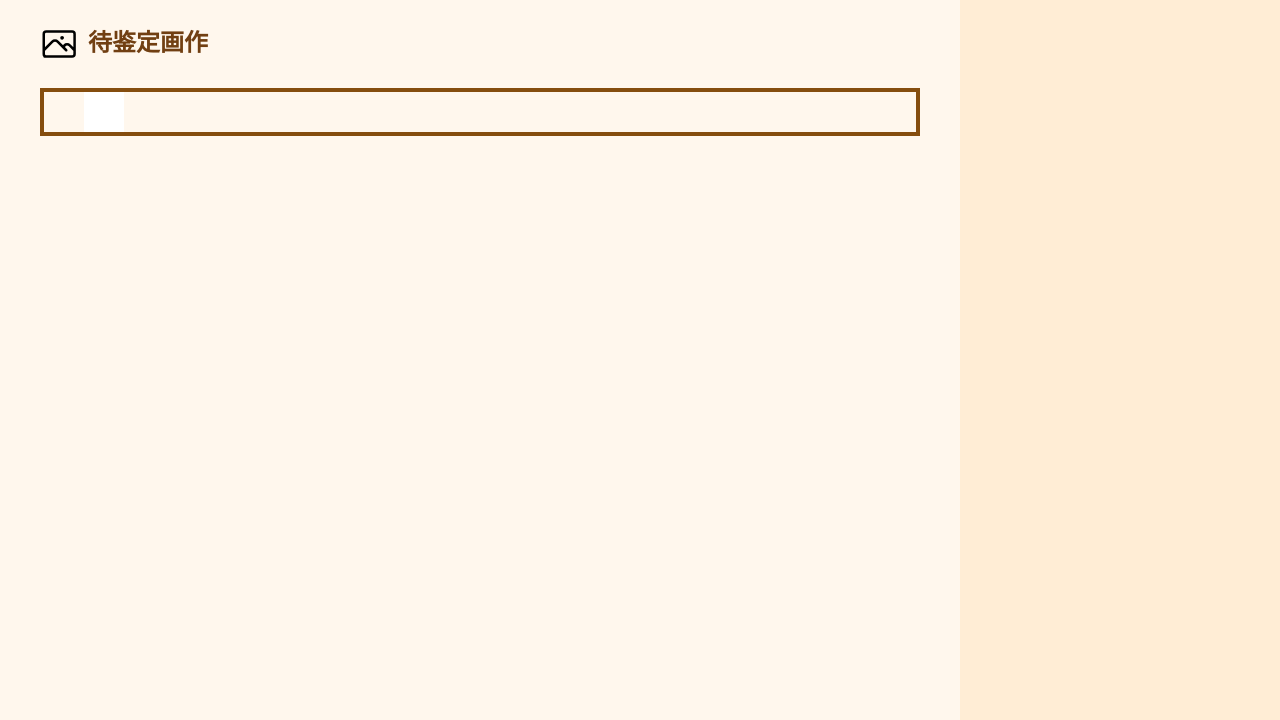
Repository: gaosth/Eyesee
Page: /dtail
An editor plug-in stored every save of this project. The page is shown before and after the next save, followed by the edit.
The browser window is 1280 px wide. The pictures show the whole page.
The project was rebuilt for these pictures with package versions that can differ from the ones it lists, and the page was loaded fresh each time. Also part of the build but not shown: vite.config.js, src/components/WelcomeItem.vue, src/components/icons/IconDocumentation.vue, src/components/icons/IconTooling.vue, src/components/icons/IconEcosystem.vue, src/components/icons/IconCommunity.vue, src/components/icons/IconSupport.vue, src/components/TheWelcome.vue and 5 more.

Above is the page before, as saved 2024-03-15 12:03:49.

### src/main.js
import './assets/main.css'

import { createApp } from 'vue'
import { createPinia } from 'pinia'

import App from './App.vue'
import router from './router'
import axios from 'axios'

axios.defaults.baseURL = 'http://127.0.0.1:8000'

const app = createApp(App)

app.use(createPinia())
// app.use(router)
app.use(router,axios)

app.mount('#app')

### src/App.vue
<template>
  <main>
    <RouterView />
  </main>
</template>

### src/router/index.js
import { createRouter, createWebHistory } from 'vue-router'
import HomeView from '../views/HomeView.vue'
import Agent from '../views/Agent.vue'
import Heatmap from '../components/Heatmap.vue'
import Test from '../views/reference.vue'
import DetailView from '../views/DetailView.vue'

const router = createRouter({
  history: createWebHistory(import.meta.env.BASE_URL),
  routes: [
    {
      path: '/',
      name: 'home',
      component: Agent
    },
    {
      path: '/about',
      name: 'about',
      // route level code-splitting
      // this generates a separate chunk (About.[hash].js) for this route
      // which is lazy-loaded when the route is visited.
      component: () => import('../views/AboutView.vue')
    },
    {
      path: '/Agent',
      name: 'Agent',
      component: Agent
    },
    {
      path: '/Heatmap',
      name: 'Heatmap',
      component: Heatmap
    },
    {
      path: '/test',
      name: 'test',
      component: Test
    },
    {
      path: '/dtail',
      name: 'detail',
      component: DetailView
    },
  ]
})

export default router

### src/views/DetailView.vue
<template>
    <div class="flex flex-row min-h-screen">
        <div class="w-3/4 bg-orange-50">
            <div class = "flex mx-10 mt-6 justify-start">
                <div>
                    <svg xmlns="http://www.w3.org/2000/svg" fill="none" viewBox="0 0 24 24" stroke-width="1.5" stroke="currentColor" class="w-10 h-10">
                    <path stroke-linecap="round" stroke-linejoin="round" d="m2.25 15.75 5.159-5.159a2.25 2.25 0 0 1 3.182 0l5.159 5.159m-1.5-1.5 .409-1.409a2.25 2.25 0 0 1 3.182 0l2.909 2.909m-18 3.75h16.5a1.5 1.5 0 0 0 1.5-1.5V6a1.5 1.5 0 0 0-1.5-1.5H3.75A1.5 1.5 0 0 0 2.25 6v12a1.5 1.5 0 0 0 1.5 1.5Zm10.5-11.25h.008v.008h-.008V8.25Zm.375 0a.375.375 0 1 1-.75 0 .375.375 0 0 1 .75 0Z" />
                </svg>
                </div>
                <div class="mt-0.5 text-2xl ml-2 font-bold text-yellow-900">
                    待鉴定画作
                </div>
            </div>
            <div class = "mx-10 my-6 border-yellow-800 border-rounded-lg border-4">
                <div class = "mx-10 h-10 w-10 bg-white">

                </div>
            </div>
        </div>
        <div class="w-1/4 bg-orange-100"></div>
    </div>
</template>

Loaded but not shown: index.html (common file); src/assets/main.css (common file); tailwind.config.js (common file)

After the next save:
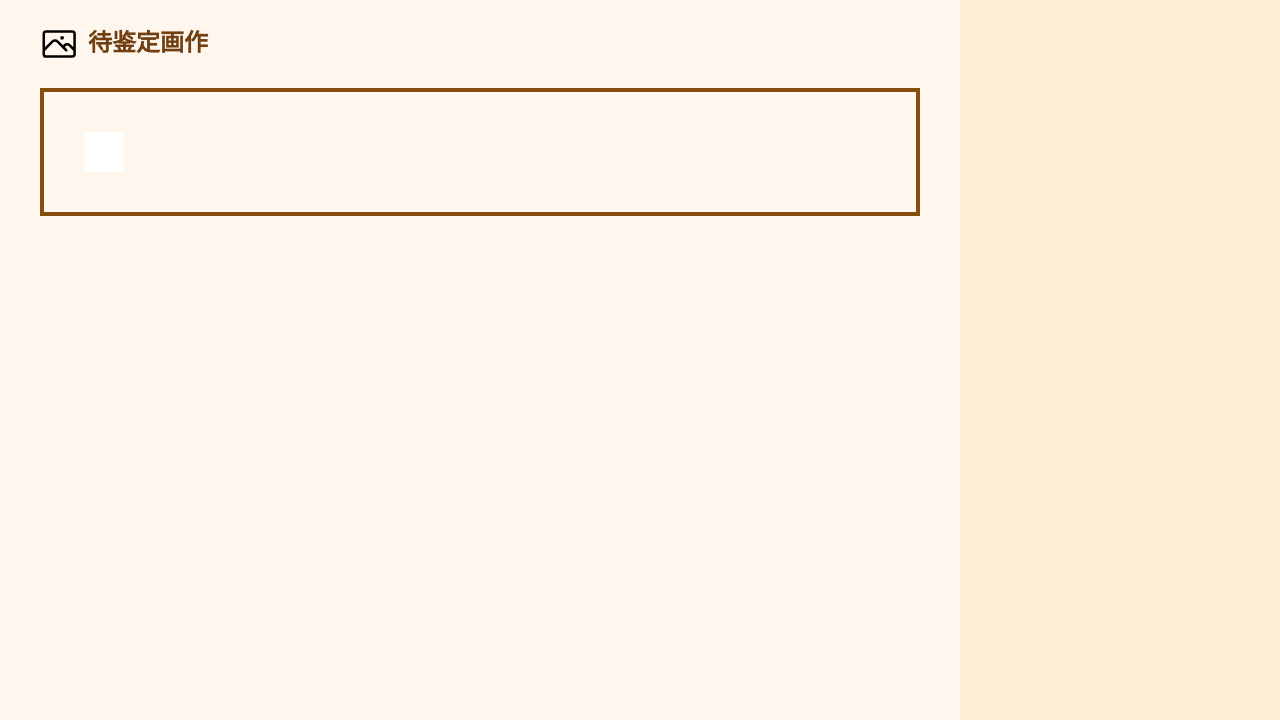
Saved 5 s later.
--- a/src/views/DetailView.vue
+++ b/src/views/DetailView.vue
@@ -12,7 +12,7 @@
                 </div>
             </div>
             <div class = "mx-10 my-6 border-yellow-800 border-rounded-lg border-4">
-                <div class = "mx-10 h-10 w-10 bg-white">
+                <div class = "mx-10 my-10 h-10 w-10 bg-white">
 
                 </div>
             </div>
